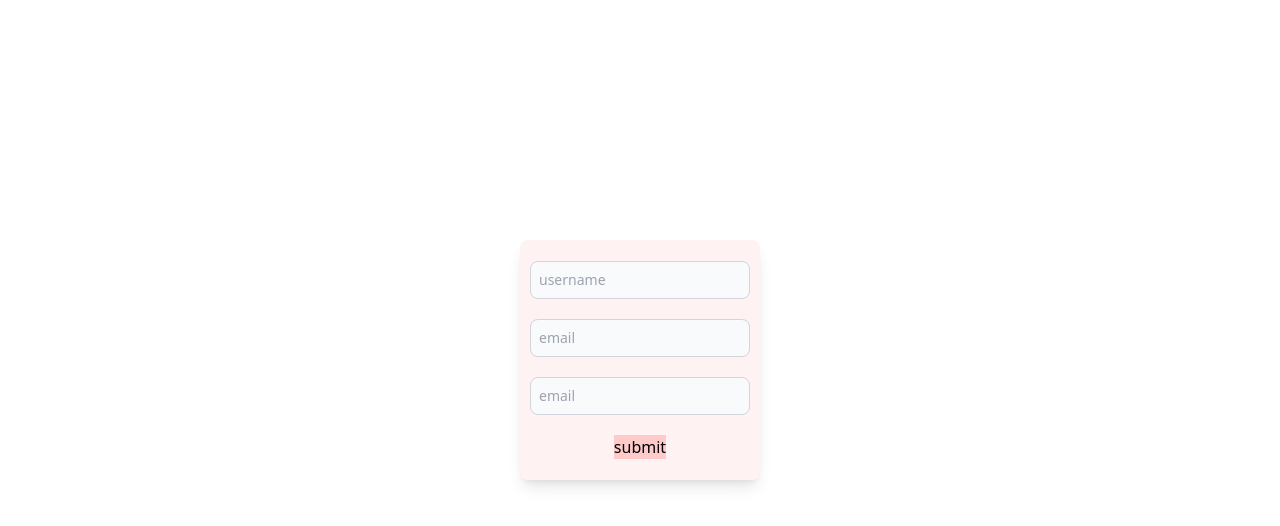
Repository: Emy-gold/alx-fe-reactjs
Page: / (app in form-handling-react/)
These files come from the project's save history. The page is drawn as it stood at one moment and after the next save; the edit follows.
The browser window is 1280 px wide. The pictures show the whole page.
The project was rebuilt for these pictures with package versions that can differ from the ones it lists, and the page was loaded fresh each time. Also part of the build but not shown: form-handling-react/vite.config.js.

Above is the page before, as saved 2025-08-22 21:58:28.

### form-handling-react/src/App.jsx
import React from 'react';
import RegistrationForm from './components/RegistrationForm';

function App() {
  return (
    <>
      <RegistrationForm />
    </>
  )
}

export default App

### form-handling-react/src/components/RegistrationForm.jsx
import React from 'react';
import { useState } from 'react';

function RegistrationForm() {

    const [formData, setFormData] = useState({ username: '', email: '', password: '' });

    const handleChange = (e) => {
        const { name, value } = e.target;
        setFormData(prevState => ({ ...prevState, [name]: value }));
    }

    const handleSubmit = (e) => {
        e.preventDefault();
        console.log(formData);
    }

    return (
        <div className='flex w-full mx-auto h-screen justify-center items-center '>
            <form onSubmit={handleSubmit} className='flex flex-col justify-center items-center w-60 h-60 rounded-lg shadow-lg bg-red-50'>
                <input
                    type="text"
                    name="username"
                    value={formData.name}
                    onChange={handleChange}
                    placeholder='username'
                    className='bg-gray-50 border border-gray-300 text-gray-900 text-sm p-2 rounded-lg mb-5'
                />
                <input
                    type="email"
                    name="email"
                    value={formData.email}
                    onChange={handleChange}
                    placeholder='email'
                    className='bg-gray-50 border border-gray-300 text-gray-900 text-sm p-2 rounded-lg mb-5'
                />
                <input
                    type="password"
                    name="password"
                    value={formData.password}
                    onChange={handleChange}
                    placeholder='email'
                    className='bg-gray-50 border border-gray-300 text-gray-900 text-sm p-2 rounded-lg mb-5'
                />
                <button type='submit' className='bg-red-200'>submit</button>
            </form>
        </div>
    )
}

export default RegistrationForm

Loaded but not shown: form-handling-react/index.html (common file); form-handling-react/src/main.jsx (common file); form-handling-react/src/index.css (common file); form-handling-react/tailwind.config.js (common file)

After the next save:
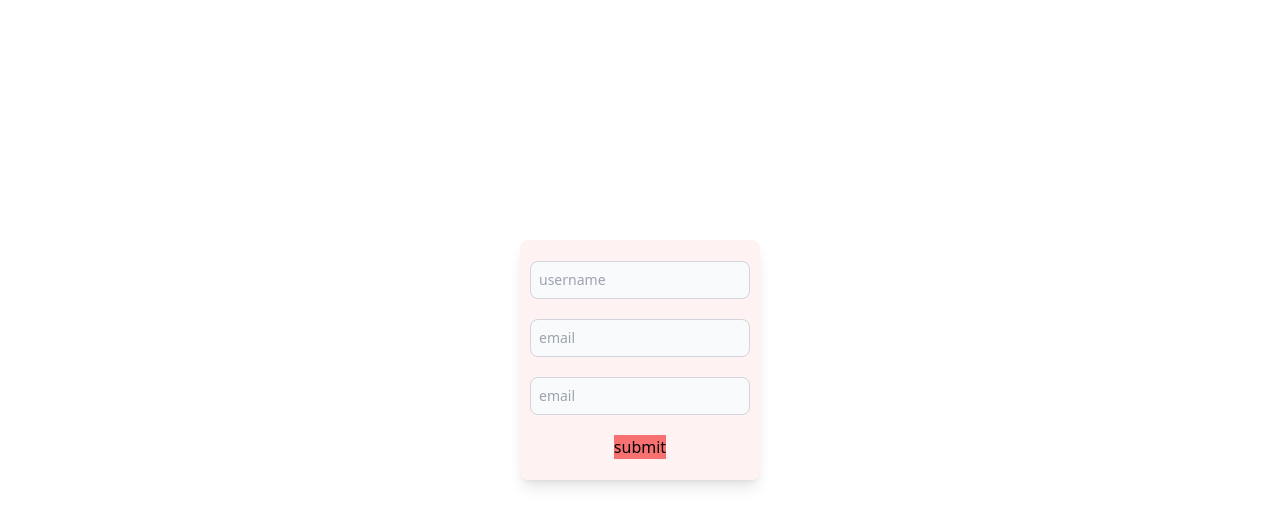
Saved 6 s later.
--- a/form-handling-react/src/components/RegistrationForm.jsx
+++ b/form-handling-react/src/components/RegistrationForm.jsx
@@ -42,7 +42,7 @@ function RegistrationForm() {
                     placeholder='email'
                     className='bg-gray-50 border border-gray-300 text-gray-900 text-sm p-2 rounded-lg mb-5'
                 />
-                <button type='submit' className='bg-red-200'>submit</button>
+                <button type='submit' className='bg-red-400'>submit</button>
             </form>
         </div>
     )
